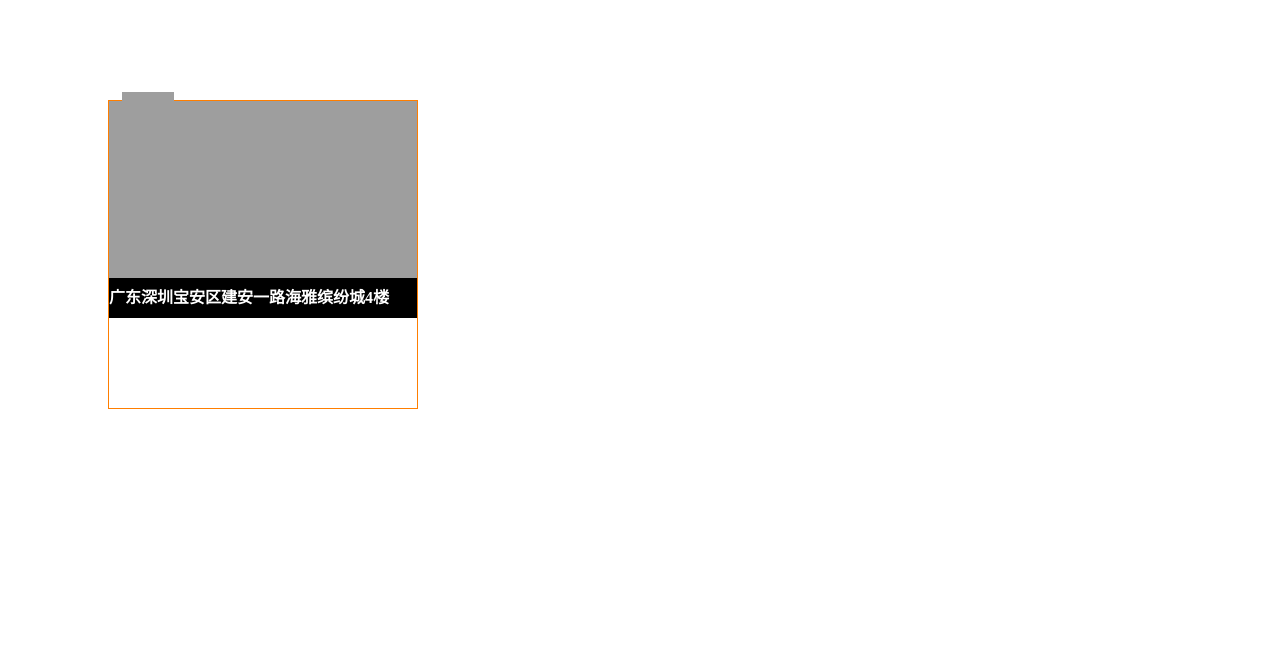
Repository: yuquan1006/-
Page: 02_css/08_定位属性.html
An editor plug-in stored every save of this project. The page is shown before and after a run of saves, followed by the edit.
The browser window is 1280 px wide. The pictures show the whole page.
Pictures or frames that could not be fetched are drawn as grey boxes.

Above is the page before, as saved 2023-06-28 16:31:53.

After the next 5 saves:
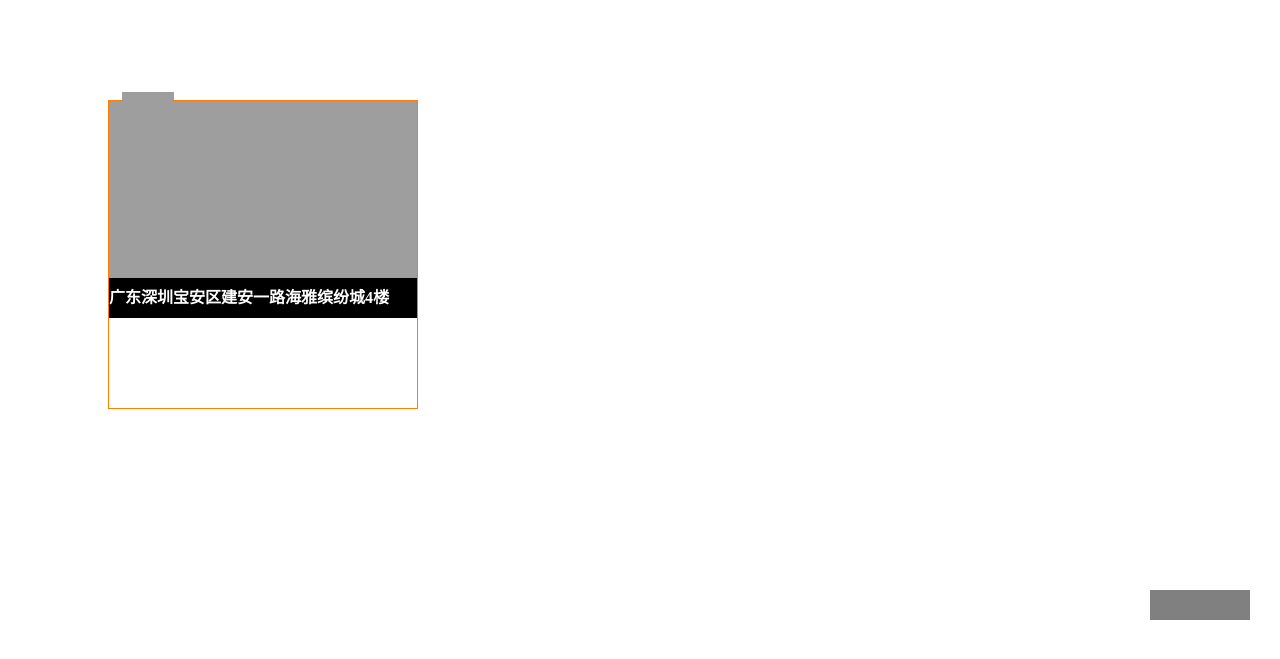
The 5 saves are shown as one change because they came seconds apart.
The last was saved 16 s later.
--- a/02_css/08_定位属性.html
+++ b/02_css/08_定位属性.html
@@ -101,6 +101,8 @@
         <h4>广东深圳宝安区建安一路海雅缤纷城4楼</h4>
     </div>
 
-    <div class="de"></div>
+    <div class="backtop">
+        <svg></svg>
+    </div>
 </body>
 </html>
